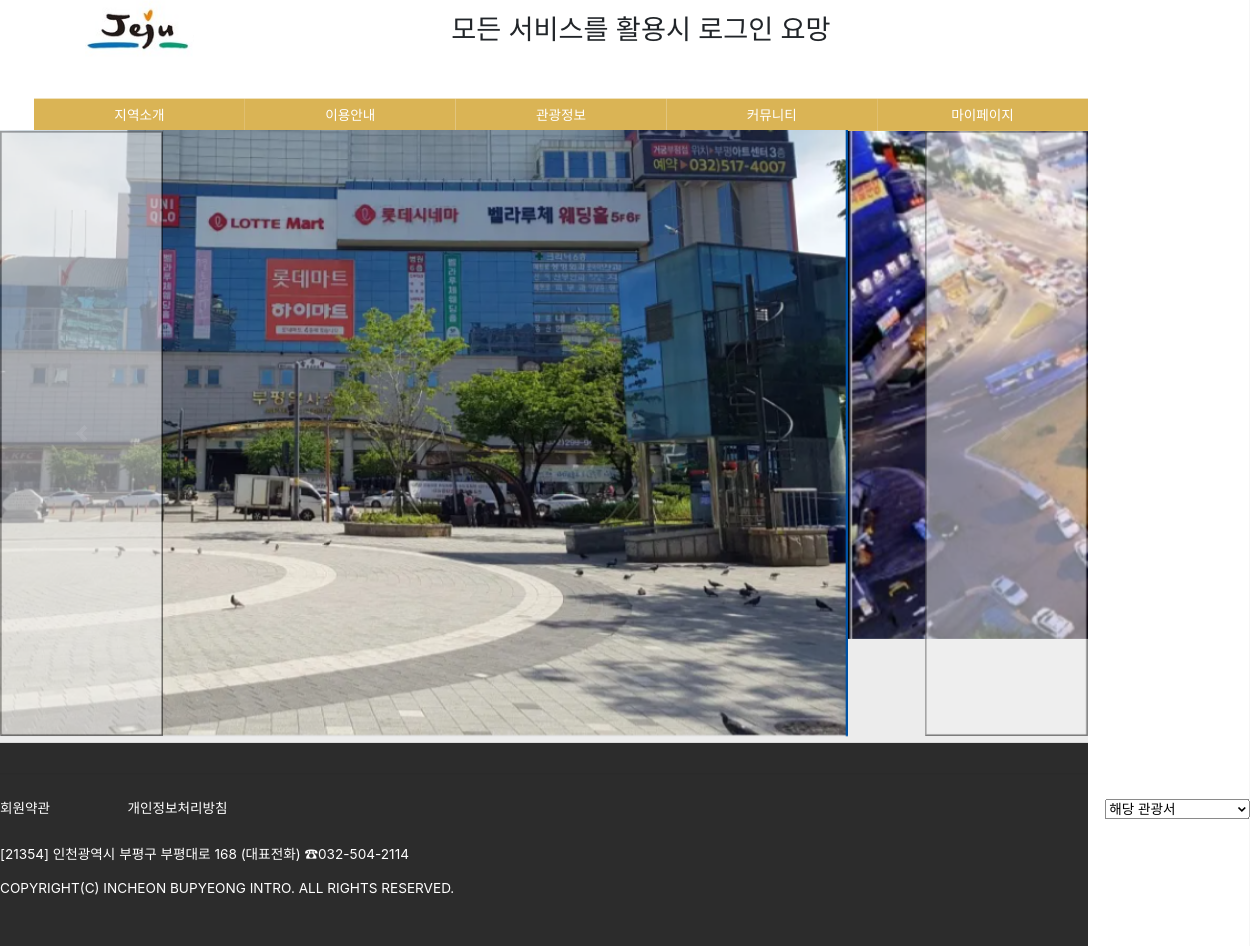
Repository: dlsqja432/Jeju-project
Page: http://localhost/jejudo/
An editor plug-in stored every save of this project. The page is shown before and after the next save, followed by the edit.
The browser window is 1280 px wide. The page is 1470 px wide, so the pictures cover 1470 px, including what lies to the right of the window. The pictures show the whole page, at 85% of full size.
The page is served by Tomcat 9. Other server files are loaded and not shown.

Above is the page before, as saved 2024-04-16 00:49:21.

### jejudo/WebContent/WEB-INF/index.jsp
<%@ page language="java" contentType="text/html; charset=UTF-8"
    pageEncoding="UTF-8"%>
<%@ taglib prefix="c" uri="http://java.sun.com/jsp/jstl/core" %>
<%@ taglib prefix="fmt" uri="http://java.sun.com/jsp/jstl/fmt" %>
<c:set var="path0" value="<%=request.getContextPath() %>" />
<!DOCTYPE html>
<html>
<head>
<meta charset="UTF-8">
<title>${title }</title>
<%@ include file="/head.jsp" %>
<style>
.container {width:1400px; }
.page { clear:both; height:100vh; }
.page_title { font-size:36px; padding-top:2em; text-align:center; }
#page1 { background-color:#ececec }
#page2 { background-color:#fbffc4 }
#page3 { background-color:#f9d6ff }
#page4 { background-color:#d6f5ff }
</style>
</head>
<body>
<div id="header">
	<%@ include file="/header.jsp" %>
</div>
<div id="contents">
	<section class="page" id="page1">
		<figure id="vs">
			<div id="carouselExampleControls" class="carousel slide" data-ride="carousel">
			  <div class="carousel-inner">
			    <div class="carousel-item active">
			      <img src="${path0 }/images/vs4.png" class="d-block w-100" alt="...">
			    </div>
			    <div class="carousel-item">
			      <img src="${path0 }/images/vs5.png" class="d-block w-100" alt="...">
			    </div>
			    <div class="carousel-item">
			      <img src="${path0 }/images/vs6.png" class="d-block w-100" alt="...">
			    </div>
			  </div>
			 <button class="carousel-control-prev" type="button" data-target="#carouselExampleControls" data-slide="prev">
			    <span class="carousel-control-prev-icon" aria-hidden="true"></span>
			    <span class="sr-only">Previous</span>
			  </button>
			  <button class="carousel-control-next" type="button" data-target="#carouselExampleControls" data-slide="next">
			    <span class="carousel-control-next-icon" aria-hidden="true"></span>
			    <span class="sr-only">Next</span>
			  </button>
			</div>
		</figure>
		<h3 class="page_title"></h3>
	</section>
	<div class="">
	</div>
</div>
<div id="footer">
	<%@ include file="/footer.jsp" %>
</div>
</body>
</html>

### jejudo/WebContent/head.jsp
<%@ page language="java" contentType="text/html; charset=UTF-8"
    pageEncoding="UTF-8"%>
<%@ taglib prefix="c" uri="http://java.sun.com/jsp/jstl/core" %>
<%@ taglib prefix="fmt" uri="http://java.sun.com/jsp/jstl/fmt" %>
<c:set var="ipath" value="<%=request.getContextPath() %>" />
<script src="${ipath }/js/jquery-3.2.1.min.js"></script>
<link rel="stylesheet" href="${ipath }/css/bootstrap.min.css" />
<script src="${ipath }/js/bootstrap.min.js"></script>
<link rel="stylesheet" href="https://cdnjs.cloudflare.com/ajax/libs/font-awesome/5.7.0/css/all.min.css" />
<meta name="viewport" content="width=device-width, initial-scale=1.0">
<meta name="subject" content="부평동 소개(Bupyeongdong Intro)" />
<meta name="description" content="부평동, 문화의 거리, 맛집, 교통, 소개" />
<meta name="keywords" content="부평동, 문화의 거리, 맛집, 교통, 소개" />
<link rel="icon" href="${ipath }/images/favicon.png" />
<link rel="shortcut icon" href="${ipath }/images/favicon.png" />
<meta property="og:type" content="website" />
<meta property="og:title" content="bupyeongdong" />
<meta property="og:description" content="부평동, 문화의 거리, 맛집, 교통, 소개" />
<meta property="og:image" content="${ipath }/images/site.png" />
<meta property="og:url" content="http://localhost:8091" />
<link rel="stylesheet" href="${ipath }/css/common.css" />

### jejudo/WebContent/header.jsp
<%@ page language="java" contentType="text/html; charset=UTF-8"
    pageEncoding="UTF-8"%>
<%@ taglib prefix="c" uri="http://java.sun.com/jsp/jstl/core" %>
<%@ taglib prefix="fmt" uri="http://java.sun.com/jsp/jstl/fmt" %>
<c:set var="hpath" value="<%=request.getContextPath() %>" />
<header>
	<div class="logo_wrap">
		<a href="/jeju"><img src="${hpath }/images/Logo.png" alt="제주도 로고" /></a>
	</div>
	<div id="tnb" style="height:100px; line-height:2rem; padding-top:1rem">
		<c:if test="${not empty sid }">
		<h2 style="text-align:center;">${sname } 님 환영합니다.</h2>
		</c:if>
		<c:if test="${empty sid }">
		<h2 style="text-align:center;">모든 서비스를 활용시 로그인 요망</h2>
		</c:if>
	</div>
	<nav id="gnb">
		<ul class="">
			<li class="item">
				<a href="" class="dp1">지역소개</a>
				<ul class="sub_menu">
					<li><a href="${hpath }/intro/origin.jsp">지명유래</a></li>
					<li><a href="${hpath }/intro/facility.jsp">지역 특징 및 시설안내</a></li>
					<li><a href="${hpath }/intro/history.jsp">연혁</a></li>
					<li><a href="${hpath }/intro/map.jsp">오시는 길</a></li>
				</ul>
			</li>
			<li class="item">
				<a href="" class="dp1">이용안내</a>
				<ul class="sub_menu">
					<li><a href="${hpath }/GetTrafficList.do">교통편 안내</a></li>
					<li><a href="${hpath }/tour/building.jsp">공공기관 안내</a></li>
					<li><a href="${hpath }/tour/association.jsp">음식점 안내</a></li>
					<li><a href="${hpath }/tour/lodg.jsp">숙박 시설 안내</a></li>
				</ul>
			</li>
			<li class="item">
				<a href="" class="dp1">관광정보</a>
				<ul class="sub_menu">
					<li><a href="${hpath }/NotiList.do">관광지</a></li>
					<li><a href="">문화재</a></li>
					<li><a href="${hpath }/GetQnaList.do">추천 여행코스</a></li>
				</ul>
			</li>
			<li class="item">
				<a href="" class="dp1">커뮤니티</a>
				<ul class="sub_menu">
					<li><a href="${hpath }/NotiList.do">공지사항</a></li>
					<li><a href="">자료실</a></li>
					<li><a href="${hpath }/GetQnaList.do">묻고답하기</a></li>
				</ul>
			</li>
			<li class="item">
				<a href="" class="dp1">마이페이지</a>
				<ul class="sub_menu">
					<c:if test="${empty sid }">
					<li><a href="${hpath }/member/login.jsp">로그인</a></li>
					<li><a href="${hpath }/member/term.jsp">회원가입</a></li>
					</c:if>
					<c:if test="${not empty sid }">
					<li><a href="${hpath }/Logout.do">로그아웃</a></li>
					<li><a href="${hpath }/EditMember.do?id=${sid }">회원정보</a></li>
					</c:if>
					<c:if test="${sid.equals('admin') }">
					<li><a href="${hpath }/AdminMain.do">관리자</a></li>
					</c:if>
					<li><a href="${hpath }/member/terms.jsp">회원약관</a></li>
					<li><a href="${hpath }/member/policy.jsp">개인정보처리방침</a></li>
				</ul>
			</li>
		</ul>
	</nav>
</header>
<hr>

### jejudo/WebContent/footer.jsp
<%@ page language="java" contentType="text/html; charset=UTF-8"
    pageEncoding="UTF-8"%>
<%@ taglib prefix="c" uri="http://java.sun.com/jsp/jstl/core" %>
<%@ taglib prefix="fmt" uri="http://java.sun.com/jsp/jstl/fmt" %>
<c:set var="fpath" value="<%=request.getContextPath() %>" />
<hr>
<footer>
	<div class="ft_wrap">
		<nav id="fnb">
			<ul>
				<li><a href="${hpath }/member/terms.jsp">회원약관</a></li>
				<li><a href="${hpath }/member/policy.jsp">개인정보처리방침</a></li>
			</ul>
		</nav>
		<div id="loc">
			<select name="sel" id="sel" onchange="locate()">
				<option value="">해당 관광서</option>
				<option value="https://www.geumcheon.go.kr/portal/contents.do?key=651">부평동동주민센터</option>
				<option value="https://www.smpa.go.kr/user/nd19306.do">부평파출소</option>
				<option value="https://www.life114.co.kr/html/board/view.asp?M_SEQ=1877802#google_vignette">인천부평디지털우체국</option>
			</select>
		</div>
		<script>
		function locate(){
			var sel = document.getElementById("sel");
			if(sel.value!=""){
				window.open(sel.value);
			}
		}
		</script>
		<br><br>
		<div id="copyright">
			<p class="addr">[21354] 인천광역시 부평구 부평대로 168 (대표전화) ☎032-504-2114</p>
			<p class="copy">COPYRIGHT(C) INCHEON BUPYEONG INTRO. ALL RIGHTS RESERVED.</p>
		</div>
	</div>
</footer>

### jejudo/src/org/jeju/ctrl/Main.java
package org.jeju.ctrl;

import java.io.IOException;

import javax.servlet.RequestDispatcher;
import javax.servlet.ServletContext;
import javax.servlet.ServletException;
import javax.servlet.annotation.WebServlet;
import javax.servlet.http.HttpServlet;
import javax.servlet.http.HttpServletRequest;
import javax.servlet.http.HttpServletResponse;

@WebServlet("/jeju")
public class Main extends HttpServlet {
	private static final long serialVersionUID = 1L;

    public Main() {
        super();
    }

	protected void service(HttpServletRequest request, HttpServletResponse response) throws ServletException, IOException {
		ServletContext application = request.getServletContext();
		String realPath = request.getSession().getServletContext().getRealPath("/");
		application.setAttribute("realPath", realPath);
		application.setAttribute("title", "부평 소개");

//		List<Notice> latestNotiList = new ArrayList<>();
//		List<Qna> latestQnaList = new ArrayList<>();

//		request.setAttribute("latestNotiList", latestNotiList);
//		request.setAttribute("latestQnaList", latestQnaList);
		request.setAttribute("idol1", "./images/idol1.jpg");
		RequestDispatcher view = request.getRequestDispatcher("/WEB-INF/index.jsp");
		view.forward(request, response);
	}
}

### jejudo/WebContent/css/common.css
@charset "UTF-8";
#header { clear:both; height:120px; }
.logo_wrap { float:left; width:128px; height:auto; margin-left:100px; }
.logo_wrap a { display:block; width:100%; height:auto; }
.logo_wrap a img { display:block; width:100%; height:auto; }
#gnb { clear:both; display:block; width:1280px; height:50px;
margin:15px auto; }
#gnb a { text-decoration:none; }
#gnb ul { list-style:none; }
#gnb .item { float:left; width:20%; position:relative; }
#gnb a.dp1 { display:block; line-height:38px; text-align:center;
background-color:#DAB455; color:#fff; }
#gnb .sub_menu { display:none; position:absolute; top:38px; left:0px;
padding:0; width:100%; z-index:999; }
#gnb .item:hover .sub_menu { display:block; }
#gnb .item:hover a.dp1 { background-color:deepskyblue; }
#gnb .item .sub_menu li { margin:0; padding:0;
text-indent:90px; line-height:32px;  width:100%;
background-color:#659ffc; }
#gnb .item .sub_menu li:hover { background-color:deepskyblue; }
#gnb .item .sub_menu li a { color:#fff; }
#contents { clear:both; }

#vs { clear:both; width:100%; height:800px; overflow:hidden; }
#vs img { display:block; width:100%; height:auto; margin-top:-250px;}

.ft_wrap { width:1400px; margin:0 auto; }
#fnb { width:800px; height:48px; float:left; }
#fnb ul { list-style:none; margin:0px; padding:0px; clear:both; height:48px; }
#fnb li { float:left; width:150px; text-align:left; line-height:48px; }
#fnb li a { color:#fff; }
#loc { width:100px; height:30px; line-height:30px; margin-top:10px; float:right; }
#copyright { clear:both; margin-top:18px; width:100%; }

#footer { background-color:#2c2c2c; padding-top:20px; padding-bottom:40px;
color:#fff; }

Loaded but not shown: jejudo/WebContent/js/jquery-3.2.1.min.js (library); jejudo/WebContent/css/bootstrap.min.css (library); jejudo/WebContent/js/bootstrap.min.js (library)

After the next save:
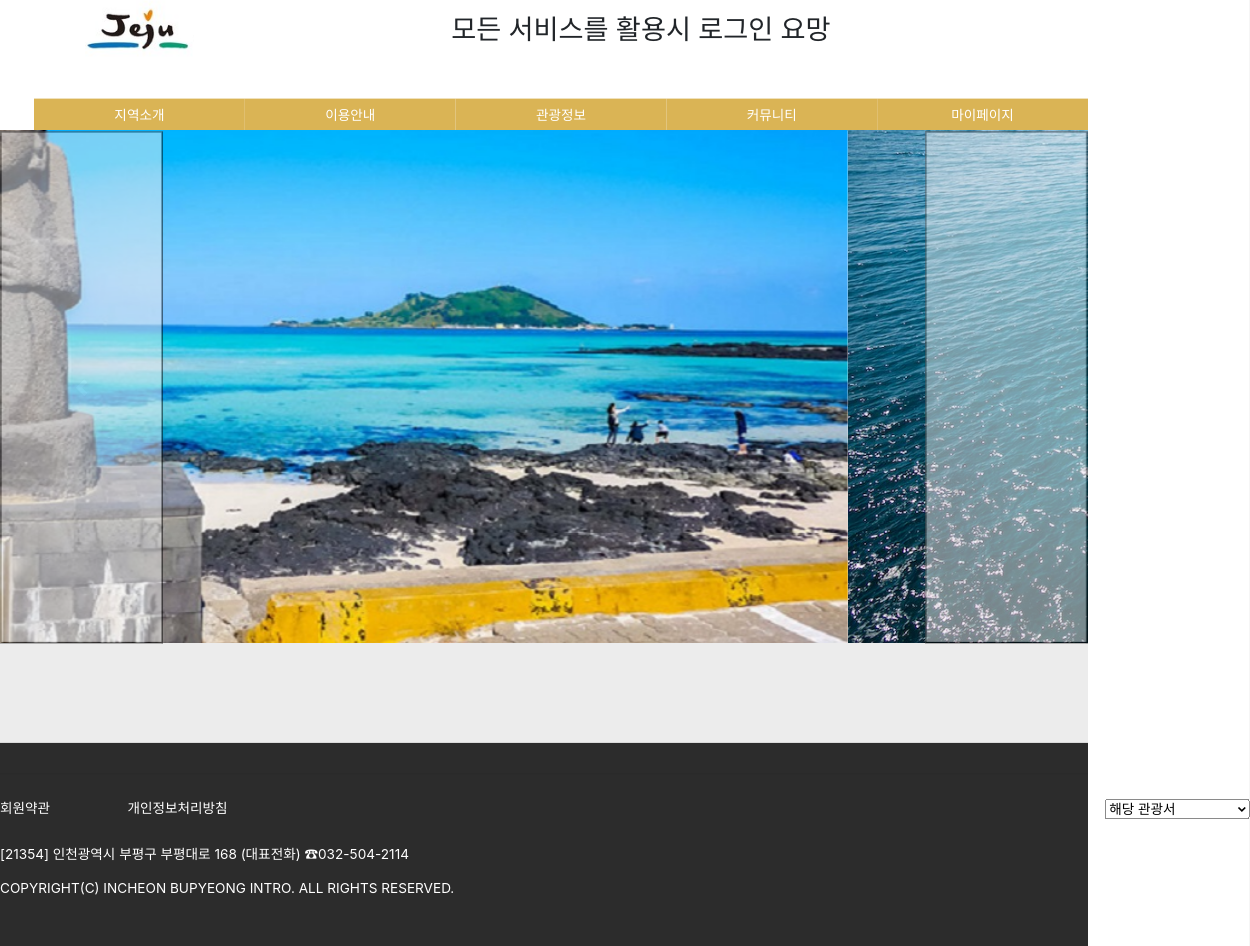
Saved 7 min 23 s later.
--- a/jejudo/WebContent/WEB-INF/index.jsp
+++ b/jejudo/WebContent/WEB-INF/index.jsp
@@ -29,13 +29,13 @@
 			<div id="carouselExampleControls" class="carousel slide" data-ride="carousel">
 			  <div class="carousel-inner">
 			    <div class="carousel-item active">
-			      <img src="${path0 }/images/vs4.png" class="d-block w-100" alt="...">
+			      <img src="${path0 }/images/vs4.jpg" class="d-block w-100" alt="...">
 			    </div>
 			    <div class="carousel-item">
-			      <img src="${path0 }/images/vs5.png" class="d-block w-100" alt="...">
+			      <img src="${path0 }/images/vs5.jpg" class="d-block w-100" alt="...">
 			    </div>
 			    <div class="carousel-item">
-			      <img src="${path0 }/images/vs6.png" class="d-block w-100" alt="...">
+			      <img src="${path0 }/images/vs6.jpg" class="d-block w-100" alt="...">
 			    </div>
 			  </div>
 			 <button class="carousel-control-prev" type="button" data-target="#carouselExampleControls" data-slide="prev">
